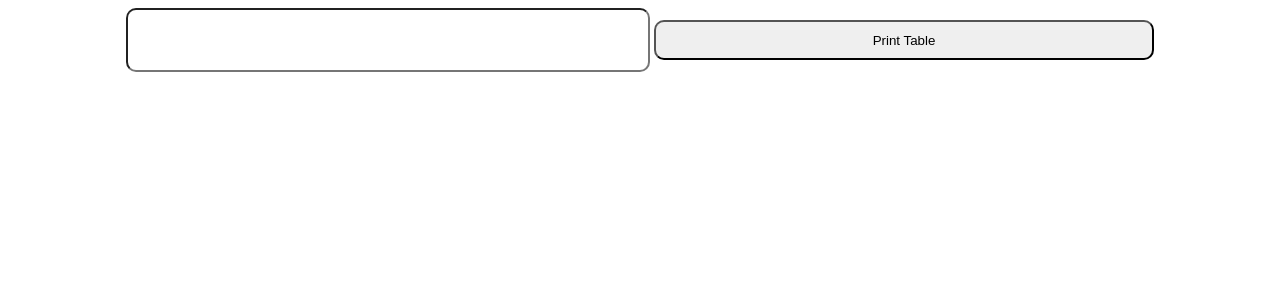
Repository: KiranNaikwadi/JSP
Page: http://localhost/Program/Table1.jsp
The author's editor kept a copy of each file at every save. The page is drawn from the files as they stood at one save, then again after the next save.
The browser window is 1280 px wide. The pictures show the whole page.
The page is served by Tomcat 9.

Above is the page before, as saved 2024-04-06 05:48:15.

### Program/src/main/webapp/Table1.jsp
<%@ page language="java" contentType="text/html; charset=UTF-8"
    pageEncoding="UTF-8"%>
<!DOCTYPE html>
<html>
<head>
<meta charset="UTF-8">
<title>Insert title here</title>
<style>
input{
width:500px;
height:40px;
border-radius:10px;
padding:10px;
}
</style>
</head>
<body>
<%!
int no,tab;
%>
<center>
<form name='frm' action='' method='get'>
<input type='text' name='num' value=''>
<input type='submit' name='s' value='Print Table'>
</form>
</center>
<%
String btn=request.getParameter("s");
if(btn!=null){
	no=Integer.parseInt(request.getParameter("num"));
	out.println("<table border='5' width='80%'>");
	out.println("<tr><th>Iteration</th><th>X</th><th>Number</th><th>=</th><th>Result</th></tr>");
	for(int i=0;i<10;i++){
		tab=no*i;
	out.println("<tr>");
	out.println("<td align='center'>"+i+"</td>");
	out.println("<td align='center'>X</td>");
	out.println("<td align='center'>"+no+"</td>");
	out.println("<td align='center'>=</td>");
	out.println("<td align='center'>"+(no*i)+"</td>");

	}

}
%>
</body>
</html>

After the next save:
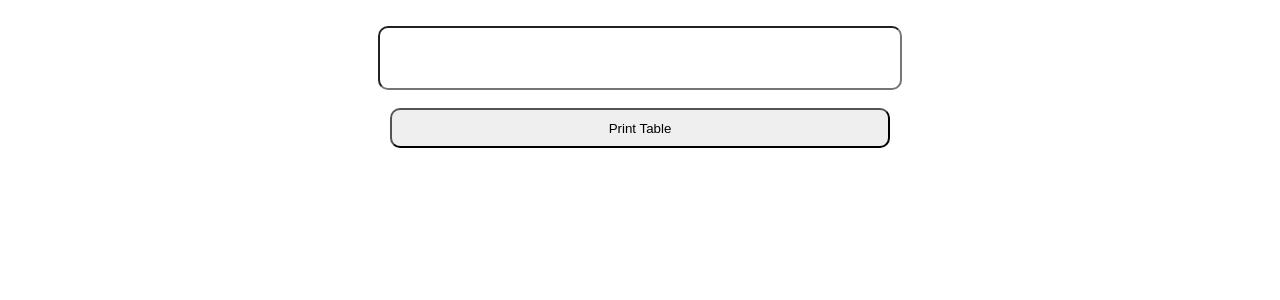
Saved 35 s later.
--- a/Program/src/main/webapp/Table1.jsp
+++ b/Program/src/main/webapp/Table1.jsp
@@ -19,8 +19,8 @@ padding:10px;
 int no,tab;
 %>
 <center>
-<form name='frm' action='' method='get'>
-<input type='text' name='num' value=''>
+<form name='frm' action='' method='get'><br>
+<input type='text' name='num' value=''><br><br>
 <input type='submit' name='s' value='Print Table'>
 </form>
 </center>
